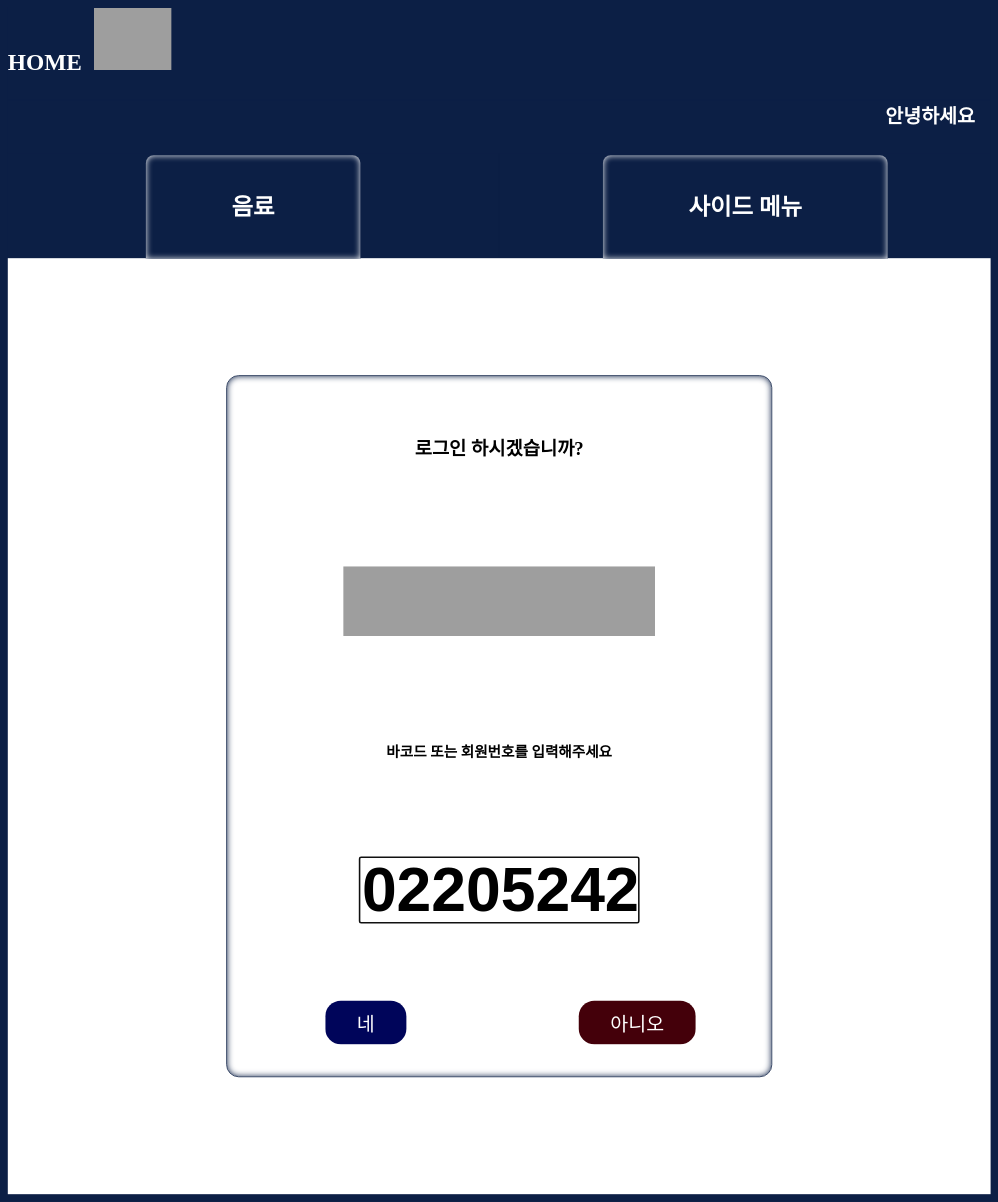
Repository: DevJoeYC/Metabukcs
Page: http://localhost/metabucks/KIOSK/login.jsp
These files come from the project's save history. The page is drawn as it stood at one moment and after the next save; the edit follows.
The browser window is 1280 px wide. The pictures show the whole page, at 78% of full size.
Pictures or frames that could not be fetched are drawn as grey boxes. The page is served by Tomcat 9. Other server files are loaded and not shown.

Above is the page before, as saved 2022-05-27 05:45:25.

### metabucks/WebContent/KIOSK/login.jsp
<%@ page language="java" contentType="text/html; charset=UTF-8"
    pageEncoding="UTF-8"%>
<%@ include file="includes/head.jsp" %>
<script>
	window.onload = function()
	{
		$("#usernum").focus();
	}

	function DoLogin()
	{
		if($("#usernum").val() == "" || $("#usernum").val() == null)

		{
			alert("회원번호를 입력하세요.");
			$("#usernum").focus();
			return;
		}

		//로그인 처리
		$.ajax({
			type : "post",
			url: "loginok.jsp",
			dataType: "html",
			data:
			{
				usernum: $("#usernum").val()
		    },
			success : function(data)
			{
				data = data.trim();
				if(data == "OK")
				{
					document.location = "drinkmenu.jsp";
				}else
				{
					alert("회원번호가 일치하지 않습니다.");
				}
			}
		});
	}
</script>
<!-- ==================================================================================================================== -->
<tr>
	<td style="background-color:white;padding:150px 0px 150px 0px" colspan=3>
		<form name="login" method="post" action="loginok.jsp" onsubmit="javascript:return false;">
		<table id="login" border="0" height="900" width="700" style="margin : auto; text-align:center">
			<tr>
				<td colspan="2"><h2>로그인 하시겠습니까?</h2></td>
			</tr>
			<tr>
				<td colspan="2"><img src="images/barcode.png" width="400" height="90"></td>
			</tr>
			<tr>
				<td colspan=2><h3>바코드 또는 회원번호를 입력해주세요</h3></td>
			</tr>

			<tr>
				<td colspan=2><input type="text"
									 id="usernum"
									 name="usernum"
									 style="width: 22rem; height: 5rem;font-size: 5rem;font-weight:bold"
									 value="0220524265141">
				</td>
			</tr>

			<tr>
				<td width="350px"><a id="yes" href="javascript:DoLogin();">네</a></td>
				<td><span><a id="no" href="drinkmenu.jsp">아니오</a></span></td>
			</tr>
		</table>
		</form>
	</td>
<!-- ==================================================================================================================== -->
<%@ include file="includes/tail.jsp" %>

### metabucks/WebContent/KIOSK/includes/head.jsp
<%@ page language="java" contentType="text/html; charset=UTF-8"
    pageEncoding="UTF-8"%>
<%@ page import="meta.dto.*" %>
<%@ page import="meta.vo.*" %>
<!DOCTYPE html>

<%
	//session.setMaxInactiveInterval(60*1); //1분후 세션만료(아무 움직임 없을시)
	String id = "";
	accountVO user  = (accountVO) session.getAttribute("accountVO");
	if(user != null)
	{
		id = user.id();
	}
%>
<html>
	<head>

		<title>메타벅스</title>
		<link rel="stylesheet" href="css/kiosk.css"/>
		<script src="js/jquery-3.6.0.js"></script>
	</head>
	<style>

    	</style>
	<body>
		<table border=0  style="width:100%;">
			<tr>
				<td id="bar" colspan="2" style="text-align:left;padding:0px 0px 30px 0px"><a style="color: white;text-decoration:none;" href="index.jsp">HOME &nbsp;<img src="images/CoffeeLogo.png" height="80px" width="100px"></a></td>
			</tr>
			<tr>
				<td id="bar" colspan="2" style="text-align:right; width:100px; height:30px; font-size:25px; padding:0px 20px 30px 0px">
					<%
						if(id == null || id.equals(""))
						{
							%>
								안녕하세요
							<%
						}else
						{
							%>
							( <%= user.name() %> )님 환영합니다 &nbsp;&nbsp;&nbsp;<a id="mypagebtn" href="mypage.jsp">마이페이지</a></td>
							<%
						}
					%>
				</td>
			</tr>
			<tr>
				<td id="bar"  height="130px" width="100px" style="text-align:center"><a id="menu" style="color: white" href="drinkmenu.jsp">음료</a></td>
				<td id="bar" width="130px" style="text-align:center"><a id="menu" style="color: white" href="sidemenu.jsp">사이드 메뉴</a></td>
			</tr>

### metabucks/WebContent/KIOSK/includes/tail.jsp
<%@ page language="java" contentType="text/html; charset=UTF-8"
    pageEncoding="UTF-8"%>
</tr>
		</table>
	</body>
	</html>

### metabucks/WebContent/KIOSK/css/kiosk.css
@charset "UTF-8";

	#indexbar
	{
		font-size:30px
	}
	#abtn
	{
		text-decoration: none;
		background-color: #0C1F45;
		border:dotted;
		color: maroon;
		padding:80px 300px 80px 300px ;
		text-align: center;
		display: inline-block;
		border-radius: 20px 20px 20px 20px;
	}
	#abtn:hover, #abtn:active
	{
		background-color: #471214;
	}

	body
	{
		background-color:#0C1F45;
	}

	#login
	{
		background-color:white;
		border:1px solid #0C1F45;
		border-radius:16px;
		box-shadow:inset 0 0 8px #0C1F45;
	}
	#bar
	{
		background-color:#0C1F45;
		color:white;
		font-size:30px;
		font-weight:bold;
	}
	#menu
	{
		background-color: #0C1F45;
		text-decoration: none;
		padding: 50px 110px;
		border-radius: 10px 10px 0px 0px;
		box-shadow:inset 0 0 8px white;
		font-weight:bold;
	}
	#menu:hover
	{
		background-color: #471214;
	}
	#yes
	{
		text-decoration: none;
		background-color: #00055A;
		color: white;
		padding: 10px 40px;
		text-align: center;
		display: inline-block;
		border-radius: 20px 20px 20px 20px;
		font-size:25px;
	}
	#no
	{
		text-decoration: none;
		background-color: #44000A;
		color: white;
		padding: 10px 40px;
		text-align: center;
		display: inline-block;
		border-radius: 20px 20px 20px 20px;
		font-size:25px;
	}

	#optbtn
	{
		background-Color:#0C1F45;
		font:12px;
		font-weight:bold;
		color:white;
		border-radius: 10px 10px 10px 10px;
		font-size:20px;
	}
	#optbtn:hover
	{
		background-Color:#085820;
	}
	#optbtn:visited
	{
		background-Color:#085820;
	}
	#mypagebtn
	{
		text-decoration: none;
		background-color: white;
		color:black;
		padding: 10px 20px;
		display: inline-block;
		border-radius: 20px 20px 20px 20px;
		font-weight:bold;
		font-size:15px
	}

	#orderbtn
	{
		text-decoration: none;
		background-color: white;
		color: black;
		padding: 30px 190px;
		display: inline-block;
		border-radius: 10px 10px 10px 10px;;
		font-weight:bold;
		font-size:30px
	}
	#cancelbtn
	{
		text-decoration: none;
		background-color: #660010;
		color: white;
		padding: 60px 100px;
		display: inline-block;
		border-radius: 10px 10px 10px 10px;;
		font-weight:bold;
		font-size:30px;
	}

Loaded but not shown: metabucks/WebContent/KIOSK/js/jquery-3.6.0.js (library)

After the next save:
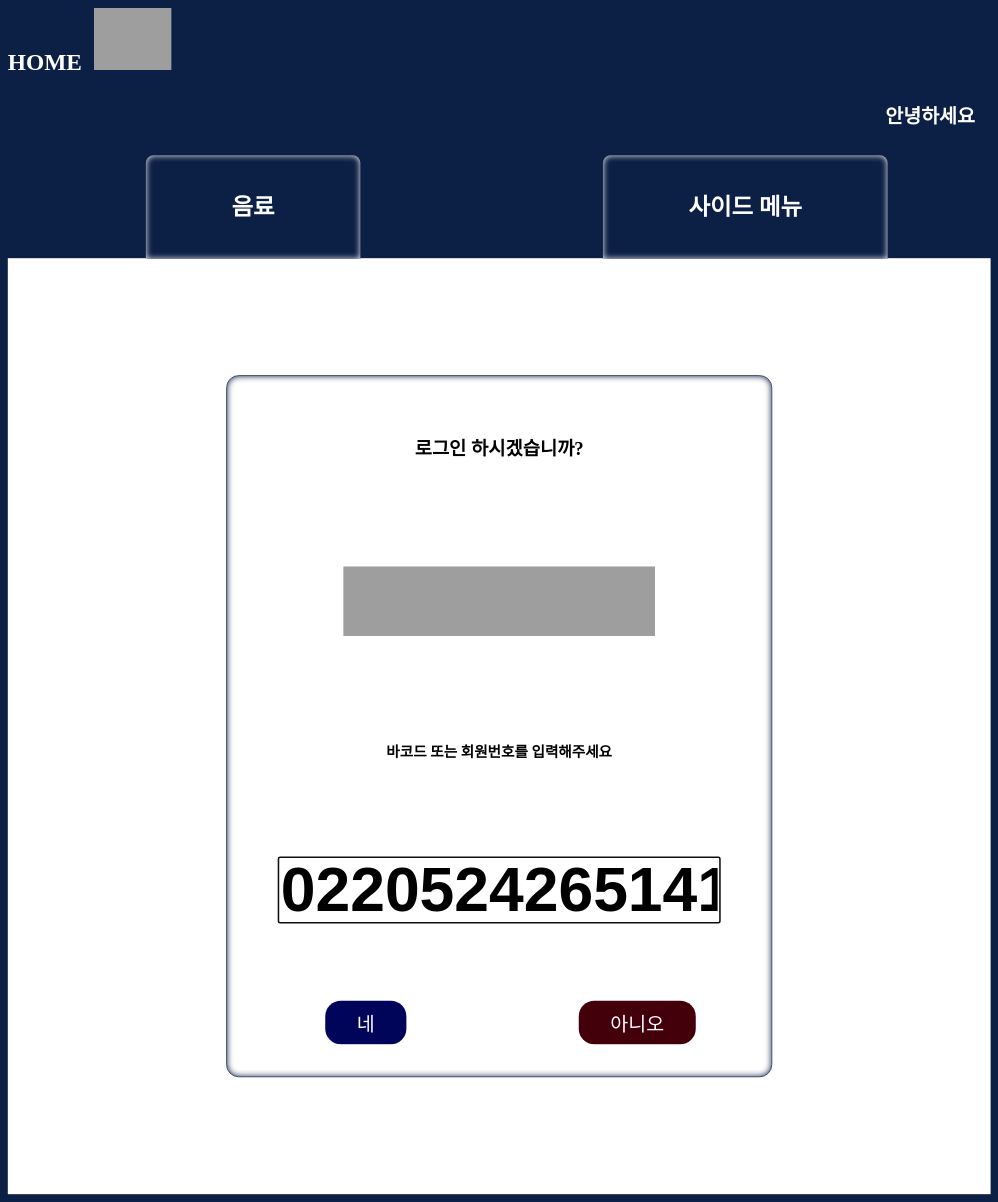
Saved 9 s later.
--- a/metabucks/WebContent/KIOSK/login.jsp
+++ b/metabucks/WebContent/KIOSK/login.jsp
@@ -59,7 +59,7 @@
 				<td colspan=2><input type="text"
 									 id="usernum"
 									 name="usernum"
-									 style="width: 22rem; height: 5rem;font-size: 5rem;font-weight:bold"
+									 style="width: 35rem; height: 5rem;font-size: 5rem;font-weight:bold"
 									 value="0220524265141">
 				</td>
 			</tr>
